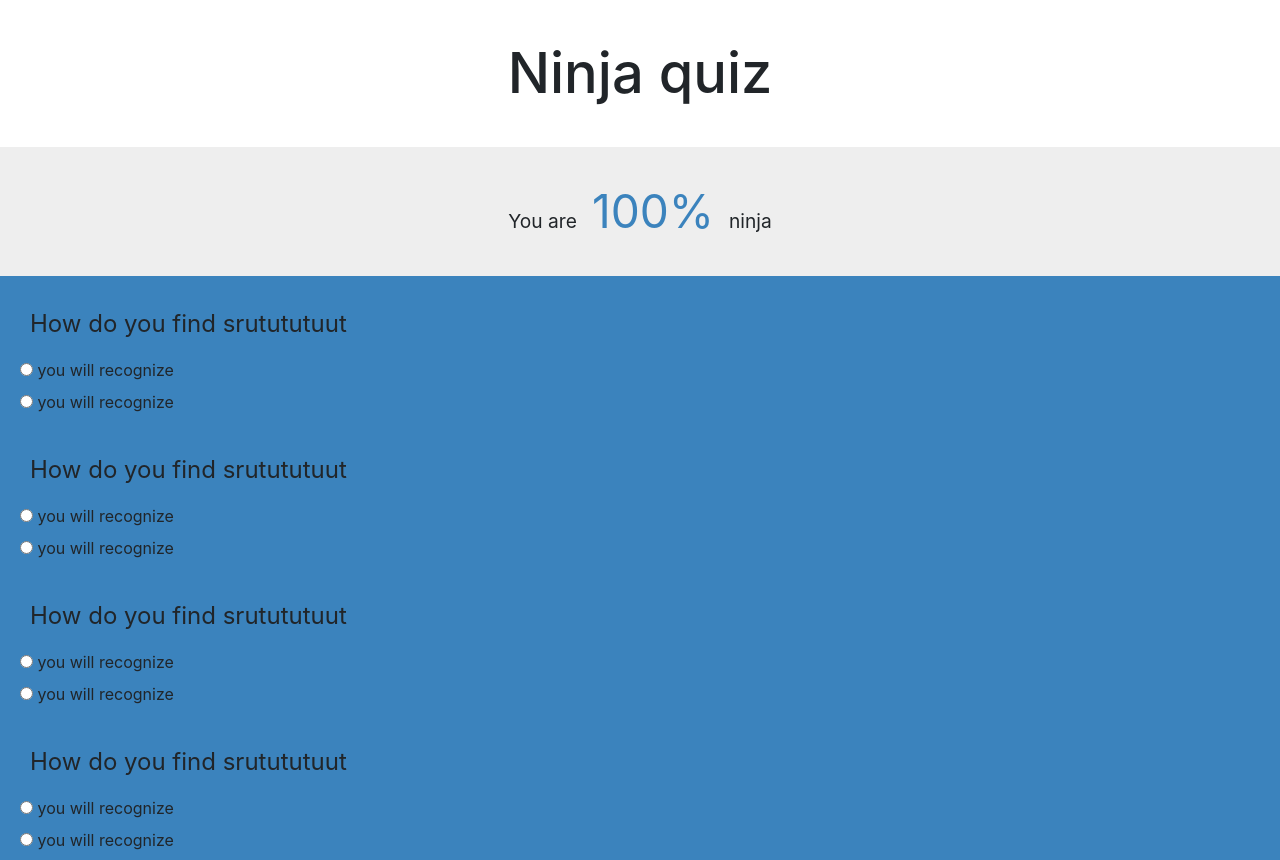
Repository: ajgors/config
Page: Nauka Js/Projekty/Quiz/index.html
The author's editor kept a copy of each file at every save. The page is drawn from the files as they stood at one save, then again after the next save.
The browser window is 1280 px wide. The pictures show the whole page.

Above is the page before, as saved 2019-08-11 18:34:18.
Console error: TypeError: Cannot read properties of null (reading 'addEventListener')

### Nauka Js/Projekty/Quiz/index.html
<!DOCTYPE html>
<html lang="en">

<head>
    <meta charset="UTF-8">
    <meta name="viewport" content="width=device-width, initial-scale=1.0">
    <meta http-equiv="X-UA-Compatible" content="ie=edge">
    <title>Document</title>
    <link rel="stylesheet" href="https://stackpath.bootstrapcdn.com/bootstrap/4.3.1/css/bootstrap.min.css"
        integrity="sha384-ggOyR0iXCbMQv3Xipma34MD+dH/1fQ784/j6cY/iJTQUOhcWr7x9JvoRxT2MZw1T" crossorigin="anonymous">
    <link rel="stylesheet" href="css.css">
</head>

<body>
    <!-- Header -->
    <!-- <div class="intro py-3 bg-white text-center">
        <div class="container">
            <h2 class="text-primary display-3 my-4">Ninja Quiz</h2>
        </div>
    </div> -->

    <header class="header">
        <h1 class="header__title">Ninja quiz</h1>
    </header>

    <!-- Result -->
    <!-- <div class="result py-4  bg-light text-center">
        <div class="container lead">
            <p>You are <span class="text-primary display-4 p-3">110%</span>Ninja</p>
        </div>
    </div> -->

    <div class="result">
        <p class="result__paragraph">You are<span class="result__span">100%</span>ninja</p>
    </div>

    <!-- Form -->
    <!-- <div class="quiz py-4 bg-primary">
        <div class="container">
            <h2 class="my-5 text-white">On with the question...</h2>
            <form action="" class="quiz-form text-light">
                <div class="my-5">
                    <p class="lead font-weight-normal">1. How do you give a ninja directions</p>
                    <div class="form-check my-2 text-white-50">
                        <input type="radio" name='q1' value='A' checked>
                        <label for="" class="form-check-label">Show them map</label>
                    </div>
                    <div class="form-check my-2 text-white-50">
                        <input type="radio" name='q1' value='B'>
                        <label for="" class="form-check-label">Don't worry a ninja will find you</label>
                    </div>
                </div>
                <div class="my-5">
                    <p class="lead font-weight-normal">2 asdfasdfad fafasfasdfadffasdsf</p>
                    <div class="form-check my-2 text-white-50">
                        <input type="radio" name='q2' value='A' checked>
                        <label for="" class="form-check-label">1.apple</label>
                    </div>
                    <div class="form-check my-2 text-white-50">
                        <input type="radio" name='q2' value='B'>
                        <label for="" class="form-check-label">3.apple</label>
                    </div>
                </div>
                <div class="my-5">
                    <p class="lead font-weight-normal">3. how do you tknow if you met a ninja</p>
                    <div class="form-check my-2 text-white-50">
                        <input type="radio" name='q3' value='A' checked>
                        <label for="" class="form-check-label">youll recognize a outfit</label>
                    </div>
                    <div class="form-check my-2 text-white-50">
                        <input type="radio" name='q3' value='B'>
                        <label for="" class="form-check-label">the grim reaper wil tell you</label>
                    </div>
                </div>
                <div class="my-5">
                    <p class="lead font-weight-normal">4 what is a ninjas favourite array method</p>
                    <div class="form-check my-2 text-white-50">
                        <input type="radio" name='q4' value='A' checked>
                        <label for="" class="form-check-label">forEach()</label>
                    </div>
                    <div class="form-check my-2 text-white-50">
                        <input type="radio" name='q4' value='B'>
                        <label for="" class="form-check-label">slice()</label>
                    </div>
                </div>
                <div class="text-center">
                    <input type="submit" class='btn btn-light'>
                </div>
            </form>
        </div> -->

    <div class="quiz">
        <form action="quiz-form">
            <div class="div-question">
                <p class="question">How do you find srutututuut</p>
                <div class="form-check">
                    <input type="radio" name="q1" value="A" id="">
                    <label for=""> you will recognize </label>
                </div>
                <div class="form-check">
                    <input type="radio" name="q1" value="B" id="">
                    <label for=""> you will recognize </label>
                </div>
            </div>
            <div class="div-question">
                <p class="question">How do you find srutututuut</p>
                <div class="form-check">
                    <input type="radio" name="q2" value="A" id="">
                    <label for=""> you will recognize </label>
                </div>
                <div class="form-check">
                    <input type="radio" name="q2" value="B" id="">
                    <label for=""> you will recognize </label>
                </div>
            </div>
            <div class="div-question">
                <p class="question">How do you find srutututuut</p>
                <div class="form-check">
                    <input type="radio" name="q3" value="A" id="">
                    <label for=""> you will recognize </label>
                </div>
                <div class="form-check">
                    <input type="radio" name="q3" value="B" id="">
                    <label for=""> you will recognize </label>
                </div>
            </div>
            <div class="div-question">
                <p class="question">How do you find srutututuut</p>
                <div class="form-check">
                    <input type="radio" name="q4" value="A" id="">
                    <label for=""> you will recognize </label>
                </div>
                <div class="form-check">
                    <input type="radio" name="q4" value="B" id="">
                    <label for=""> you will recognize </label>
                </div>
            </div>
        </form>
    </div>

    </div>

    <script src="js.js"></script>
</body>

</html>

### Nauka Js/Projekty/Quiz/css.css
*{
    margin: 0;
    padding: 0;
}

.header__title{
    text-align: center;
    margin:  40px auto;
    font-size: 3.5em;
}

.result{
    background-color: #eee;
}
.result__paragraph{
    text-align: center;
    padding: 30px;
    margin: 0;
    font-size: 1.2em
}
.result__span{
    font-size: 2.4em;
    padding: 15px;
    color:#3b83bd;
}

.quiz{
    background-color: #3b83bd;
}

.question{
    font-size: 1.5em;
    padding-left: 30px;
    padding-top: 30px;
}

### Nauka Js/Projekty/Quiz/js.js




const form = document.querySelector('.quiz-form');
const result = document.querySelector('.result');
const correctAnswers = ['B','B','B','B'];
const spanResult = document.querySelector('span');

form.addEventListener('submit', e=>{
    e.preventDefault();

    //check answer
    let score = 0;
    const userAnswers = [form.q1.value, form.q2.value, form.q3.value, form.q4.value];

    userAnswers.forEach((answer, index) =>{
        if(answer === correctAnswers[index]){
            score += 25;
        }
    });

    scrollTo(0,0)
    result.classList.remove('d-none');
    // spanResult.textContent = `${score}%`

    let output = 0;
    const timer = setInterval(()=>{
        spanResult.textContent = `${output}%`
        if(output === score){
            clearInterval(timer);
        } else {
            output++;
        }
    })


})

After the next save:
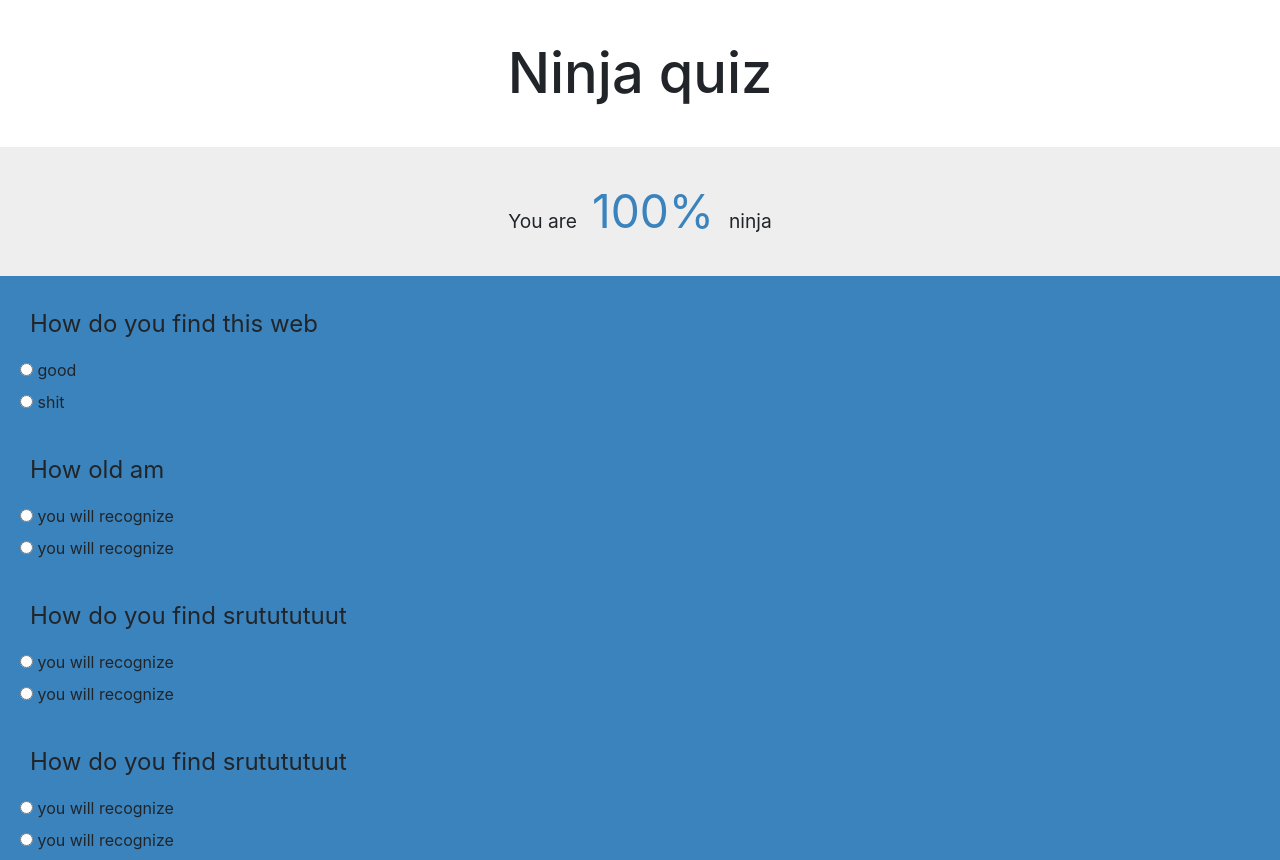
Saved 58 s later.
--- a/Nauka Js/Projekty/Quiz/index.html
+++ b/Nauka Js/Projekty/Quiz/index.html
@@ -92,18 +92,18 @@
     <div class="quiz">
         <form action="quiz-form">
             <div class="div-question">
-                <p class="question">How do you find srutututuut</p>
+                <p class="question">How do you find this web</p>
                 <div class="form-check">
                     <input type="radio" name="q1" value="A" id="">
-                    <label for=""> you will recognize </label>
+                    <label for=""> good </label>
                 </div>
                 <div class="form-check">
                     <input type="radio" name="q1" value="B" id="">
-                    <label for=""> you will recognize </label>
+                    <label for=""> shit </label>
                 </div>
             </div>
             <div class="div-question">
-                <p class="question">How do you find srutututuut</p>
+                <p class="question">How old am <I></I></p>
                 <div class="form-check">
                     <input type="radio" name="q2" value="A" id="">
                     <label for=""> you will recognize </label>
